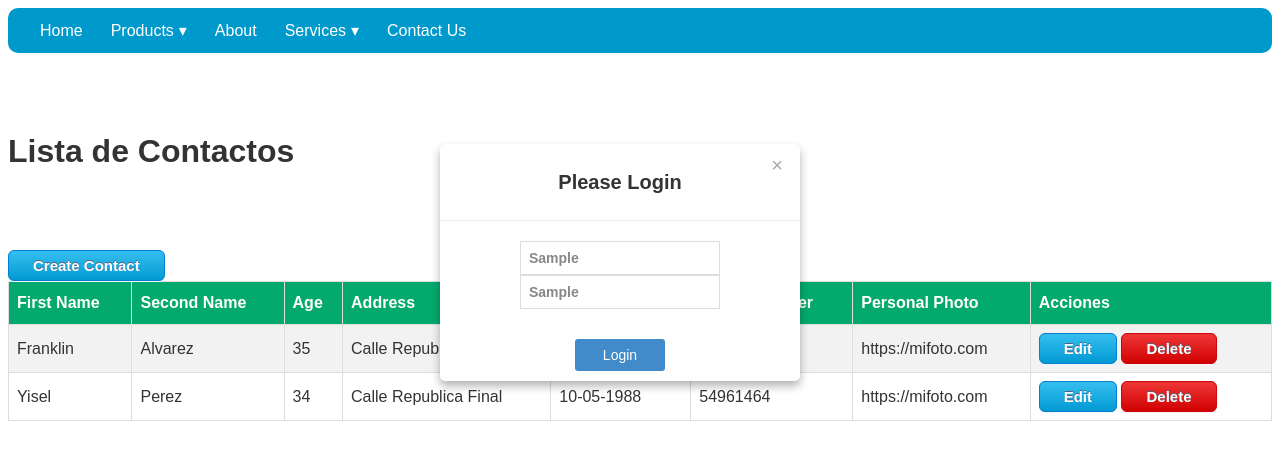
Repository: fgala1619/frontSistGestionBank
Page: index.html
These files come from the project's save history. The page is drawn as it stood at one moment and after the next save; the edit follows.
The browser window is 1280 px wide. The pictures show the whole page.
Empty fields were first filled with sample values (such as "Sample", 5 or name@example.com).
After loading, the first visible `a.myButton` was clicked once.

Above is the page before, as saved 2023-07-26 13:32:48.

After the next save:
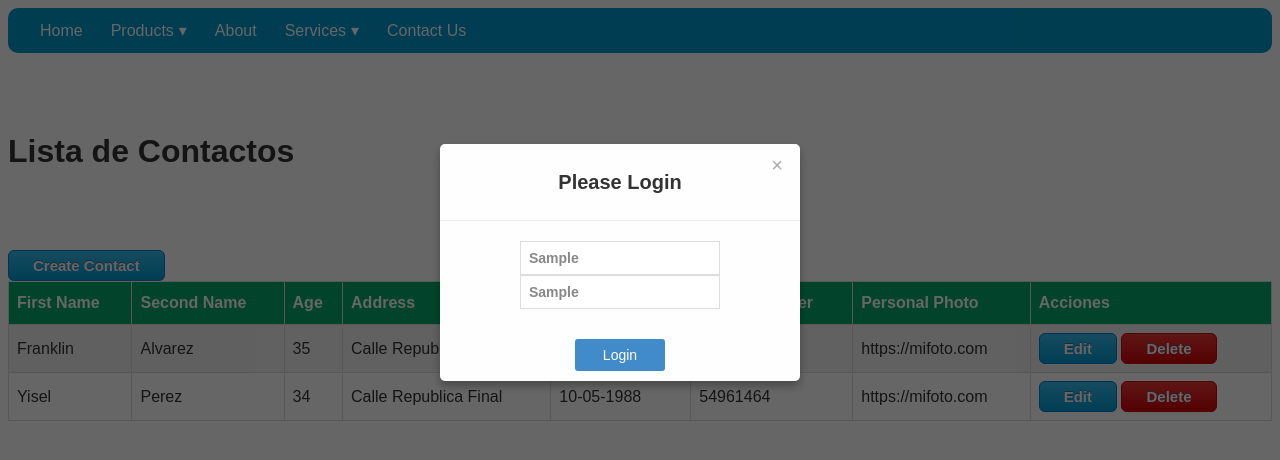
Saved 35 s later.
--- a/index.html
+++ b/index.html
@@ -97,6 +97,6 @@
 <script>
     function createContact(){
         htmlModal = document.getElementById("modal");
-        htmlModal.setAttribute("class", "opened");
+        htmlModal.setAttribute("class", "modale opened");
     }
 </script>
